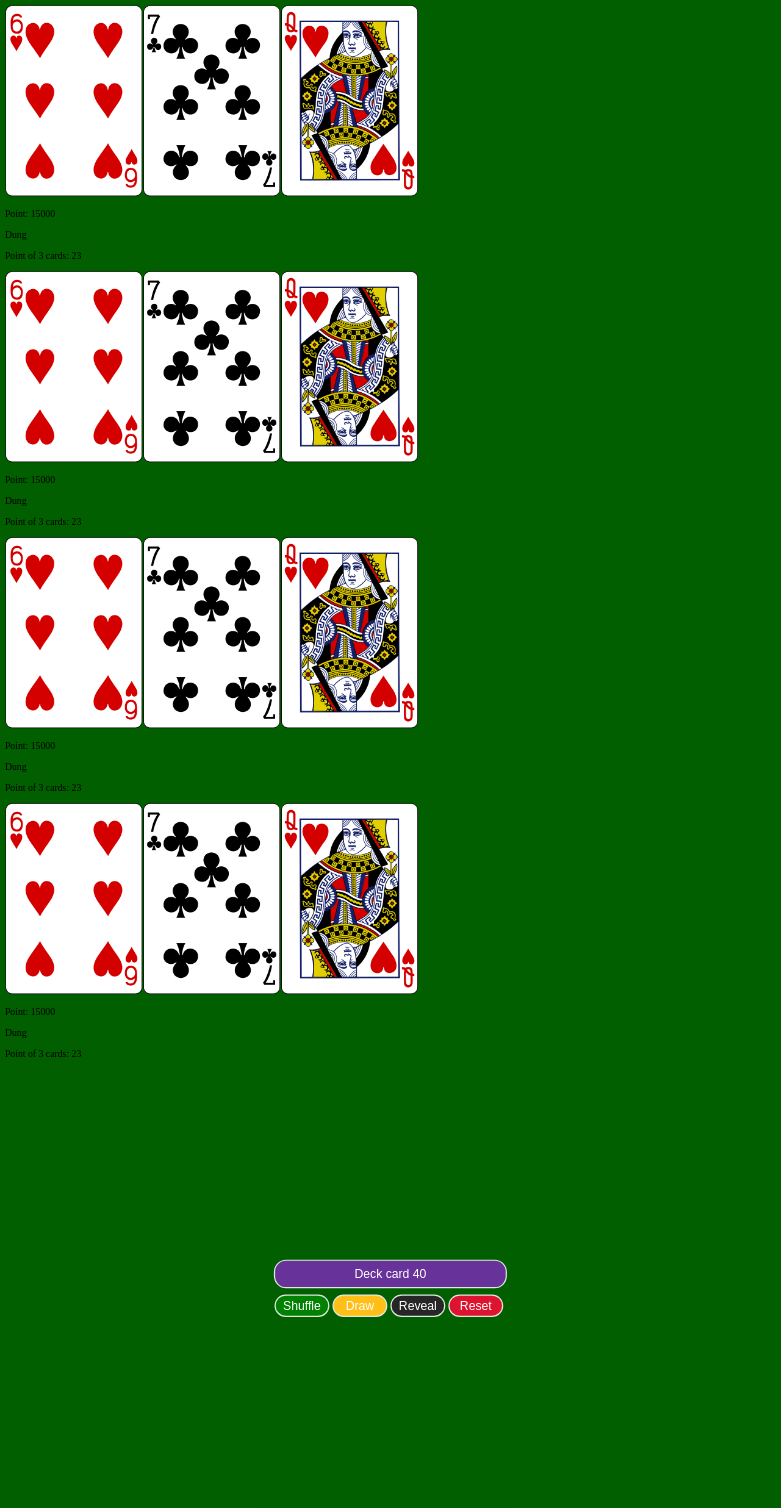
Repository: tiendungjr123/app-baicao
Page: /
The author's editor kept a copy of each file at every save. The page is drawn from the files as they stood at one save, then again after the next save.
The browser window is 1280 px wide. The pictures show the whole page, at 61% of full size.
The page's requests for data from a server got no answer. The project was rebuilt for these pictures with package versions that can differ from the ones it lists, and the page was loaded fresh each time. No one was signed in, and anything a server would have sent is missing. Also part of the build but not shown: src/index.css, src/Components/table.jsx.

Above is the page before, as saved 2022-10-11 03:08:31.

### src/index.js
import React from 'react';
import ReactDOM from 'react-dom/client';
import './index.css';
import App from './App';

const root = ReactDOM.createRoot(document.getElementById('root'));
root.render(
   <App />
);

### src/App.js
import './App.css';
import CardList from './Components/cardList';
import Table from './Components/table';
import React, { useEffect, useState } from 'react';
import { getDrawCard, getShuffleCard } from './apis/index';


function App() {

   const [deck_id, setDect_id] = useState('');
   const [listCard, setListCard] = useState([]);
   const [remaining, setRemaining] = useState(50);
   useEffect(() => {
      getShuffleCard().then((res) => {
         setDect_id(res.data.deck_id);
      })
   }, []);

   useEffect(() => {
      if (deck_id) {
         getDrawCard(deck_id).then((res) => {
            setListCard(res.data.cards);
            console.log(res.data.remaining);
         })
      }
   }, [deck_id]);
   return (
      <div className="app">
         <CardList />
         <div className='table'>
            <button className='btn-deck-card'>Deck card 40</button>
            <div className='btn-action'>
               <button className='btn btn-shuffle'>Shuffle</button>
               <button className='btn btn-draw'>Draw</button>
               <button className='btn btn-reveal'>Reveal</button>
               <button className='btn btn-reset'>Reset</button>
            </div>
         </div>
      </div>

   );
}

export default App;

### src/App.css
@import "./Scss/style.css";

### src/Components/cardList.jsx
import React, { useState } from 'react';
import Card from './card';
const CardList = ({listCard}) => {
   return (
      <>
         <div className="card-top">
            <Card listCard={listCard}/>
         </div>
         <div className="card-left">
            <Card />
         </div>
         <div className="card-right">
            <Card />
         </div>
         <div className="card-bottom">
            <Card />
         </div>
      </>
   );
}

export default CardList;

### src/apis/index.js
import axios from 'axios';

export const getShuffleCard = () =>
   axios.get('https://deckofcardsapi.com/api/deck/new/shuffle/?deck_count=1');

export const getDrawCard = (deck_id) =>
   axios.get(`https://deckofcardsapi.com/api/deck/${deck_id}/draw/?count=12`);

### src/Scss/style.css
.table {
  height: 100vh;
  display: flex;
  justify-content: center;
  align-items: center;
  flex-direction: column;
}
.table .btn-deck-card {
  border: 2px solid #DFE8DE;
  border-radius: 20px;
  color: #fff;
  font-size: 20px;
  font-weight: 400;
  background-color: #673299;
  padding: 10px 130px;
  margin-bottom: 10px;
}
.table .btn-action .btn {
  border: 2px solid #DFE8DE;
  border-radius: 20px;
  color: #fff;
  font-size: 20px;
  font-weight: 400;
  margin-right: 5px;
  padding: 5px 10px;
  width: 90px;
  cursor: pointer;
}
.table .btn-action .btn-shuffle {
  background-color: #008101;
}
.table .btn-action .btn-draw {
  background-color: #FFBF18;
}
.table .btn-action .btn-reveal {
  background-color: #262627;
}
.table .btn-action .btn-reset {
  background-color: #dd142f;
}

body {
  background-color: #015F00;
  height: 100vh;
}/*# sourceMappingURL=style.css.map */

### src/Components/card.jsx
import React from 'react';
import img_6H from '../assets/images/6H.png';
import img_7C from '../assets/images/7C.png';
import img_QH from '../assets/images/QH.png';
const Card = ({listCard}) => {
   return (
      <div className='card'>
         <div className='card-img'>
            <img  src={img_6H} alt="6h" />
            <img  className='img-center' src={img_7C} alt="7c" />
            <img  src={img_QH} alt="qh" />
         </div>
         <p className='point'>Point: 15000</p>
         <p className='user'>Dung</p>
         <p className='point'>Point of 3 cards: 23</p>
      </div>
   );
}

export default Card;

Loaded but not shown: public/index.html (common file)

After the next save:
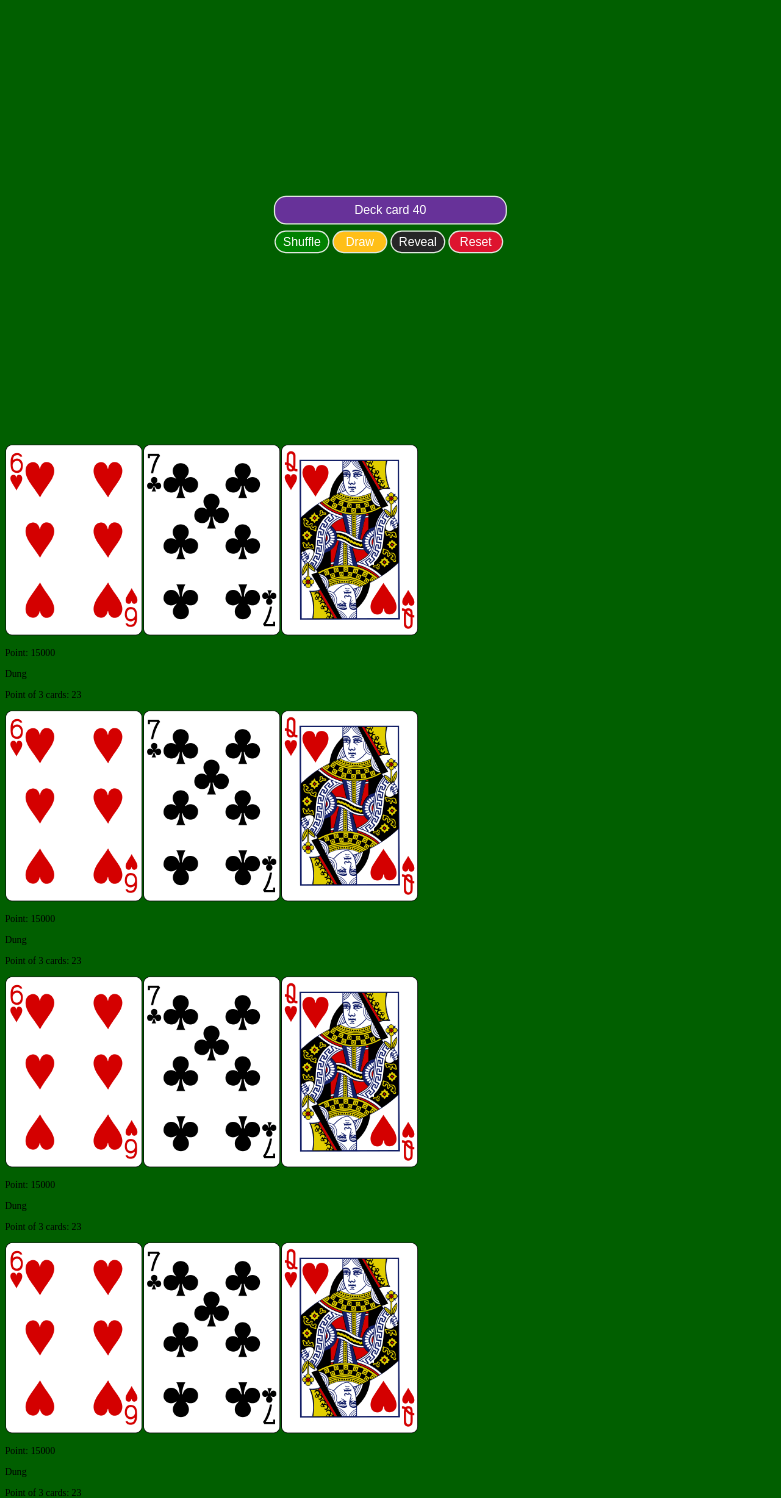
Saved 14 s later.
--- a/src/App.js
+++ b/src/App.js
@@ -26,7 +26,7 @@ function App() {
    }, [deck_id]);
    return (
       <div className="app">
-         <CardList />
+
          <div className='table'>
             <button className='btn-deck-card'>Deck card 40</button>
             <div className='btn-action'>
@@ -36,6 +36,7 @@ function App() {
                <button className='btn btn-reset'>Reset</button>
             </div>
          </div>
+         <CardList />
       </div>
 
    );
